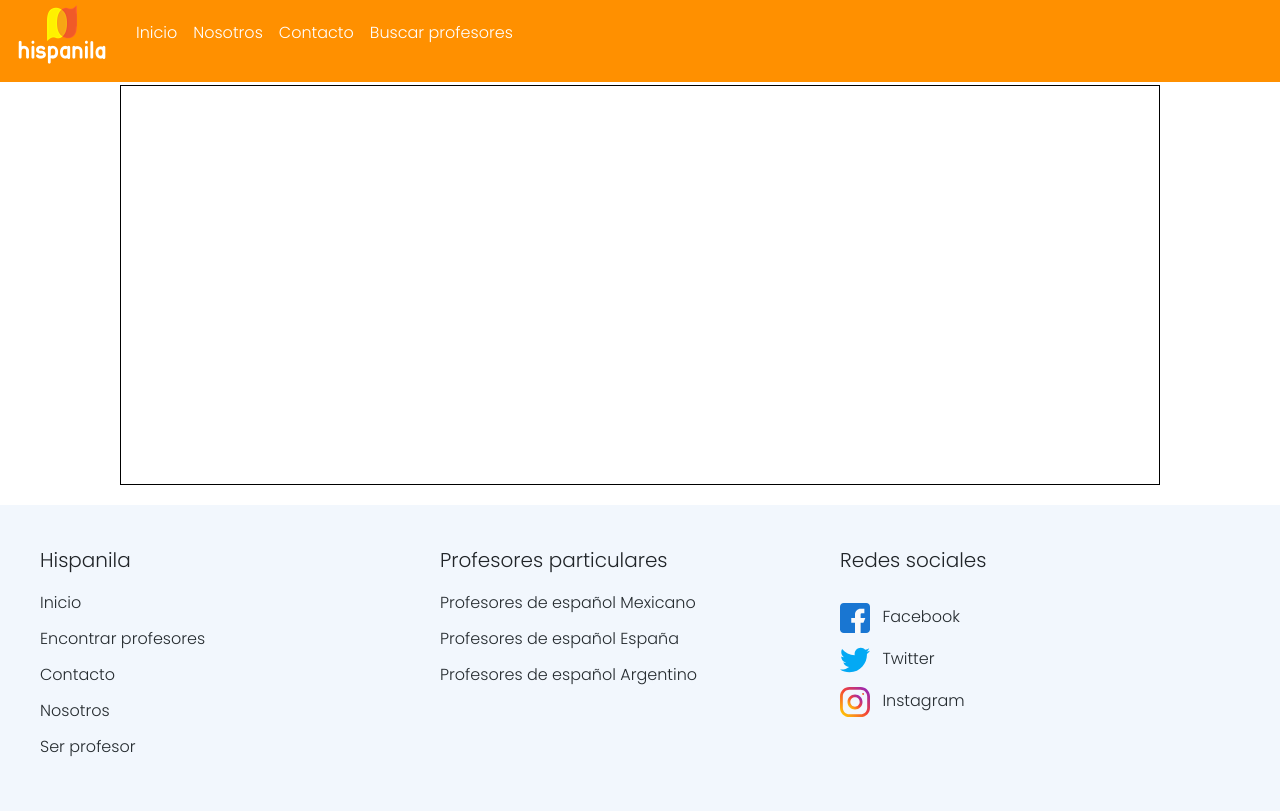
Repository: AgustinGarciaDev/Hispanila
Page: prueba.html
These files come from the project's save history. The page is drawn as it stood at one moment and after the next save; the edit follows.
The browser window is 1280 px wide. The pictures show the whole page.
Some web libraries are served in a nearby version. The style sheet was rebuilt from its Sass, Less or Tailwind sources for each picture, by a compiler version that may differ from the author's.

Above is the page before, as saved 2021-01-29 00:38:10.

### prueba.html
<!DOCTYPE html>
<html lang="en">

<head>

    <head>
        <meta charset="UTF-8">
        <title>Buscar profesor</title>
        <meta name="viewport" content="width=device-width, user-scalable=no">
        <meta name="description" content="Busca el profesor de español que más se adecue a lo que quieres aprender. Busca por precio,variante del español y mucho más">
        <meta name="keywords" content="profesor español, buscar profesor, español , aprender con profesionales">

        <link rel="stylesheet" href="https://cdnjs.cloudflare.com/ajax/libs/animate.css/4.1.1/animate.min.css" />
        <link rel="stylesheet" href="https://use.fontawesome.com/releases/v5.8.1/css/all.css" integrity="sha384-50oBUHEmvpQ+1lW4y57PTFmhCaXp0ML5d60M1M7uH2+nqUivzIebhndOJK28anvf" crossorigin="anonymous">
        <link rel="preconnect" href="https://fonts.gstatic.com">
        <link rel="preconnect" href="https://fonts.gstatic.com">
        <link href="https://fonts.googleapis.com/css2?family=Poppins:ital,wght@0,200;0,300;0,800;0,900;1,200;1,500&display=swap" rel="stylesheet">
        <link href="https://cdn.jsdelivr.net/npm/bootstrap@5.0.0-beta1/dist/css/bootstrap.min.css" rel="stylesheet" integrity="sha384-giJF6kkoqNQ00vy+HMDP7azOuL0xtbfIcaT9wjKHr8RbDVddVHyTfAAsrekwKmP1" crossorigin="anonymous">
        <link rel="stylesheet" href="./css/style.css">
        <link rel="stylesheet" href="stylemod.css">
    </head>
</head>

<body class="search-teacher">
    <header>
        <nav class="navbar navbar-expand-lg navbar-light bg-light nav-color">
            <div class="container-fluid">
                <a class="navbar-brand" href="./index.html"><img class="logo" src="./img/Hispanila_opt.png" alt=""></a>
                <button class="navbar-toggler" type="button" data-bs-toggle="collapse" data-bs-target="#navbarSupportedContent" aria-controls="navbarSupportedContent" aria-expanded="false" aria-label="Toggle navigation">
            <span class="navbar-toggler-icon"></span>
          </button>
                <div class="collapse navbar-collapse" id="navbarSupportedContent">
                    <ul class="navbar-nav me-auto mb-2 mb-lg-0">
                        <li class="nav-item">
                            <a class="nav-link active" aria-current="page" href="./index.html">Inicio</a>
                        </li>
                        <li class="nav-item">
                            <a class="nav-link" href="./we.html">Nosotros</a>
                        </li>
                        <li class="nav-item">
                            <a class="nav-link" href="./contact.html">Contacto</a>
                        </li>
                        <li class="nav-item">
                            <a class="nav-link" href="./searchteacer.html">Buscar profesores</a>
                        </li>
                    </ul>
                </div>
            </div>
        </nav>
    </header>
    <section class="teacher__layout">
        <div class="teacher__card">
            <div class="teacher__card__content">

            </div>

        </div>
    </section>

    <footer class="footer">
        <div class="list__footer">
            <p class="list__footer__p-modifier">Hispanila</p>
            <li class="list__footer__li-modifier"> <a class="list__footer__a-modifier" href="/index.html">Inicio</a></li>
            <li class="list__footer__li-modifier"> <a class="list__footer__a-modifier" href="/searchteacer.html">Encontrar profesores</a></li>
            <li class="list__footer__li-modifier"><a class="list__footer__a-modifier" href="/contacte.html">Contacto</a></li>
            <li class="list__footer__li-modifier"><a class="list__footer__a-modifier" href="/we.html">Nosotros</a></li>
            <li class="list__footer__li-modifier"><a class="list__footer__a-modifier" href="/we.html">Ser profesor</a></li>
        </div>
        <div class="list__footer">
            <p class="list__footer__p-modifier">Profesores particulares</p>
            <li class="list__footer__li-modifier"> <a class="list__footer__a-modifier" href=" https://www.facebook.com/ "> Profesores de español Mexicano</a></li>
            <li class="list__footer__li-modifier"><a class="list__footer__a-modifier" href="https://twitter.com/home "> Profesores de español España</a></li>
            <li class="list__footer__li-modifier"><a class="list__footer__a-modifier" href="https://www.instagram.com/ "> Profesores de español Argentino</a></li>
        </div>
        <div class="list__footer ">
            <p class="list__footer__p-modifier"> Redes sociales</p>
            <li class="list__footer__li-modifier"></li><img class="list__footer__img-modifier" src="./img/facebook.svg " alt=" "> <a class="list__footer__a-modifier" href="https://www.facebook.com/ ">Facebook</a></li>
            <li class="list__footer__li-modifier"></li><img class="list__footer__img-modifier" src="./img/gorjeo.svg " alt=" "> <a class="list__footer__a-modifier" href="https://twitter.com/home ">Twitter</a></li>
            <li class="list__footer__li-modifier"></li><img class="list__footer__img-modifier" src="./img/instagram.svg " alt=" "> <a class="list__footer__a-modifier" href="https://www.instagram.com/ ">Instagram</a></li>
        </div>
    </footer>
    <script src="https://cdn.jsdelivr.net/npm/bootstrap@5.0.0-beta1/dist/js/bootstrap.bundle.min.js" integrity="sha384-ygbV9kiqUc6oa4msXn9868pTtWMgiQaeYH7/t7LECLbyPA2x65Kgf80OJFdroafW" crossorigin="anonymous"></script>
</body>

</html>

### stylemod.css
/* CARD  porque estudiar Hispanila*/

.teacher-block {
    height: 400px;
    width: 100%;
    background: white;
    margin-bottom: 20px;
    margin-top: 20px;
    box-shadow: 20px 20px 51px #c4cacf, -20px -20px 51px #ffffff;
    padding: 10px;
    display: flex;
}

.teacher-date {
    display: flex;
    flex-direction: column;
    padding: 20px;
}

.teacher-date .teacher-score {
    flex-direction: row;
}

.teacher-date img {
    border-radius: 50%;
    height: 100px;
    width: 100px;
    margin: auto;
}

.teacher-date button {
    height: 30px;
    width: 120px;
    margin: auto;
}

.score-teacher {
    margin: auto;
    padding: 20px 0 20px 0;
    color: #FEC400;
}

.teacher-information {
    display: flex;
    flex-direction: column;
}

.teacher-information h1 {
    font-size: 20px;
}

.teacher-date-personal {
    display: flex;
    flex-direction: row;
    justify-content: space-between;
}

.teacher-posicion {
    display: inline;
}

.title-teacher p {
    font-size: 16px;
    font-weight: 200;
    margin: 4px;
}

.teacher-precie {
    font-size: 18px;
    font-weight: bold;
}

.teacher-posicion h4 {
    font-size: 20px;
    font-weight: 200;
}

.teacher-posicion .teacher-divider-card {
    border: solid 1px red;
    width: 15px;
    height: 3px;
    background: red;
}

.teacher-learning {
    font-weight: bold;
}

.level {
    display: inline-block;
    margin: 2px;
    height: 19px;
    width: 4px;
    background: red;
}

.level-four-lenguage {
    background: #dee3e5
}

.level-five-leanguage {
    background: #dee3e5
}

.navbar>.container-fluid {
    background-color: #FF9000 !important;
}

@media (max-width: 890px) {
    .teacher-block {
        flex-direction: column;
    }
}

@media (max-width: 520px) {}

### scss/style.scss
@import"variables";
@import "header";
@import "footer";
@import "body";
@import "home";
@import "contac";
@import "profile";
@import "seendemail";
@import "aboutUs";
@import "search";

### scss/_variables.scss
/* TIPOGRAFIAS */

$font-body: 'Poppins',
sans-serif;

/* SIZE TIPOGRAFIAS */

$nameteacher: 16px;
$titulocontacto: 20px;

/* ICONOS COLOR */

$color-start-icon: #FEC400;
$color-social:gray;

/*Color background*/

$color-box: linear-gradient(145deg, #d8e8f2, #b6c3cb);

/*Padding*/

$padding-currilum: 40px;

### scss/_header.scss
header {
    position: sticky;
    top: 0;
    z-index: 5;
}

### scss/_footer.scss
.footer {
    background-color: #F2F7FD;
    display: grid;
    grid-template-columns: repeat(3, 1fr);
    padding: 40px;
}

.list__footer__p-modifier {
    font-size: 20px;
}

.list__footer__li-modifier {
    list-style: none;
    align-items: center;
    display: flex;
    margin-bottom: 12px;
}

.list__footer__a-modifier {
    text-decoration: none;
    color: #252b2f;
}

.list-footer a:hover {
    text-decoration: underline;
}

.list__footer__img-modifier {
    width: 30px;
    height: 30px;
    margin-right: 8px;
}

@media (max-width: 768px) {
    .footer {
        display: flex;
        flex-wrap: wrap;
    }
    .list__footer {
        padding-left: 10px;
        padding-right: 10px;
        justify-content: center;
    }
}

@media (max-width: 520px) {}

### scss/_body.scss
body {
    margin: 0;
    font-family: $font-body;
}

### scss/_home.scss
.nav-color {
    background-color: #ff9000 !important;
    height: 65px;
    box-shadow: 2px 2px 4px #d97a00, -5px -5px 4px #ffa600;
}

.nav-link {
    color: white !important;
}

.hero {
    display: grid;
    grid-template-columns: 2fr 2fr;
    height: 600px;
    background-image: url(http://baravdg.com/wp-content/uploads/2021/01/hero-background.png);
    background-position: center;
    background-repeat: no-repeat;
    background-size: cover;
}

.hero .box {
    display: flex;
    flex-direction: column;
    margin: auto;
    padding-left: 30px;
}

.hero__title_h1 {
    color: white;
    font-weight: 700;
    font-size: 50px;
}

.hero__title_p {
    color: white;
    font-size: 30px;
    font-size: 400;
}

.hero__bottom {
    width: 200px;
    color: white;
    padding: 10px;
    text-align: center;
    text-decoration: none;
    font-size: 'Poppins', sans-serif;
    font-weight: 800;
    border-radius: 8px;
    background: linear-gradient(145deg, #ffd529, #d8b322);
}


/* EMPIEZA LAS CARD DE LAS BANDERAS */

.Tittle_h2 {
    text-align: center;
    padding: 30px;
    font-size: 40px;
    font-weight: 800;
}

.block-band {
    display: grid;
    grid-template-columns: repeat(3, 1fr);
    grid-column-gap: 30px;
    grid-row-gap: 30px;
    justify-items: center;
}

.link {
    color: inherit;
    text-decoration: inherit;
}

.card-band {
    border-radius: 24px;
    border-radius: 24px;
    background: #ecf1f4;
    box-shadow: 22px 22px 18px #dee3e5, -22px -22px 18px #faffff;
    width: 400px;
    height: 372px;
}

.content-band {
    display: flex;
    padding-left: 40px;
    padding-bottom: 10px;
}

.info-card {
    padding-top: 9px;
    padding-left: 10px;
}

.info-card h4 {
    margin: 0;
}

.info-card p {
    margin: 0;
    margin-left: 6;
}

.card-band .teacher-photo {
    width: 400px;
    height: 300px;
}

.card-band .band {
    height: 50px;
    width: 50px;
}

.card-prof {
    margin: 40px;
    padding: 40px;
}

.table-proyect {
    padding: 40px;
}


/* Card study*/

.margin {
    margin: 20px;
}

.card__study__resson {
    width: 300px;
    height: 572px;
}

.card__study__img {
    height: 400px;
    width: 200px;
    display: flex;
    margin: auto;
}

.card__study_text {
    text-align: center;
}

.card__study__btn {
    width: 200px;
    color: white;
    padding: 10px;
    justify-content: center;
    text-decoration: none;
    font-size: 'Poppins', sans-serif;
    font-weight: 800;
    border-radius: 8px;
    background: linear-gradient(145deg, #ffd529, #d8b322);
    display: flex;
    margin: auto;
}

@media (max-width: 890px) {
    .block-band {
        grid-template-columns: repeat(2, 1fr);
    }
    .card-band .teacher-photo {
        width: 324px;
        height: 239px;
    }
    .card-band {
        width: 324px;
        height: 325px;
    }
    .logo {
        margin-top: -20px;
    }
}

@media (max-width: 520px) {
    .hero {
        height: 360px;
    }
    .block-band {
        grid-template-columns: none;
    }
    .card__study__resson {
        width: 300px;
        height: 572px;
    }
    .nav-color {
        height: 70px;
    }
    .logo {
        margin-top: -20px;
    }
    .hero__title_h1 {
        font-size: 31px;
    }
    .hero__title_p {
        font-size: 17px;
    }
    .Tittle_h2 {
        text-align: center;
        padding: 17px;
        font-size: 32px;
        font-weight: 800;
    }
}

### scss/_contac.scss
.contact__body {
    margin-top: 50px;
    margin-bottom: 50px;
}

.row {
    margin-right: 0;
}

.email_img {
    width: 100%;
}

.icons__list {
    display: flex;
    justify-content: center;
}

.icons__list_a {
    text-decoration: none;
    color: #ff9000;
    padding-bottom: 10px;
    padding-left: 5px;
    padding-right: 5px;
    font-size: 20px;
}

.icons__list__redsocial {
    display: flex;
    flex-direction: row;
    padding-top: 10px;
    justify-content: center;
}

.icons__list_logo_Redes {
    color: #ff9000;
    font-size: 35px;
    margin: 0 10px;
}

.text-contact__h2 {
    font-size: $titulocontacto;
}

.btn_send {
    width: 200px;
    color: white;
    padding: 10px;
    display: flex;
    justify-content: center;
    margin-top: 14px;
    text-decoration: none;
    font-size: 'Poppins', sans-serif;
    font-weight: 800;
    border-radius: 8px;
    background-color: orange;
}

@media (max-width: 520px) {
    .text-contact__h1 {
        text-align: center;
    }
    .text-contact__h2 {
        font-size: $titulocontacto -7;
        text-align: center;
    }
}

### scss/_seendemail.scss
.lottie {
    justify-content: center;
    display: flex;
}

### scss/_aboutUs.scss
    .About__tittle-h1 {
        text-align: center;
        padding: 20px 0;
        font-weight: 800;
    }

    .About__img {
        display: flex;
        justify-content: center;
        align-items: center;
    }

    .About__img--modifier {
        width: 900px;
        height: 600px;
    }

    .About__history {
        text-align: center;
        margin: 10px 500px;
    }

    .About_compromise_img {
        width: 400px;
        height: 300px;
    }

    .about__container {
        margin-top: 50px;
        margin-bottom: 50px;
    }

    .Value {
        margin-top: 40px;
    }

    @media (max-width: 890px) {
        .About__img--modifier {
            width: 100%;
            height: auto;
        }
        .About__history {
            margin: 10px 20px;
        }
    }

    @media (max-width: 570px) {
        .About_compromise_img {
            height: 300px;
        }
        .About_compromise__responsive {
            flex-direction: column-reverse;
            display: flex;
        }
        .Value {
            display: flex;
            align-items: center;
            justify-content: center;
        }
        .Value__box {
            display: flex;
            flex-direction: column;
            justify-content: center;
        }
    }

### scss/_search.scss
.teacher__layout {
    display: flex;
    justify-content: center;
    margin-left: 100px;
    margin-right: 100px;
}

.teacher__card {
    display: grid;
    grid-template-columns: repeat(3, 1fr);
    grid-column-gap: 30px;
    grid-row-gap: 30px;
    justify-items: center;
    border: 1px solid black;
    height: 400px;
    width: 100%;
    margin: 20px;
}

Loaded but not shown: scss/_profile.scss (221 lines, source omitted)

After the next save:
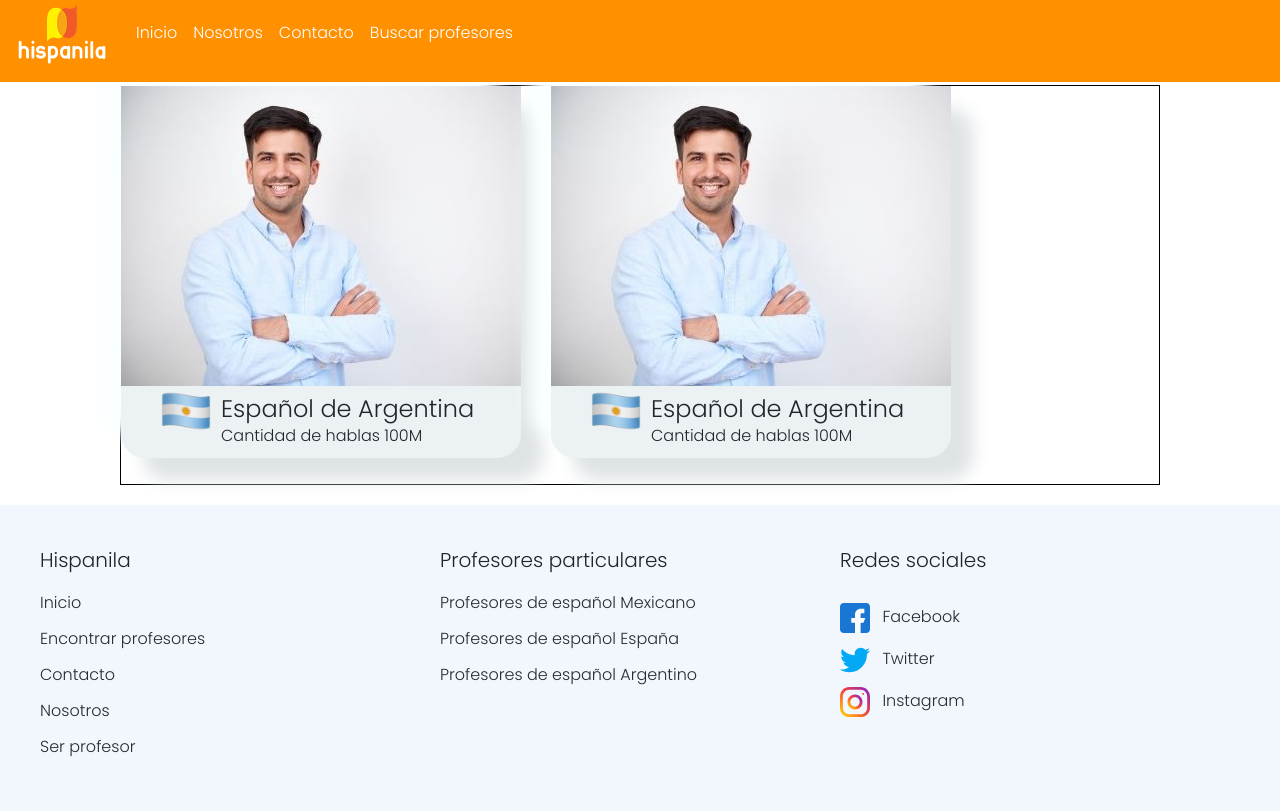
Saved 93 s later.
--- a/prueba.html
+++ b/prueba.html
@@ -51,10 +51,37 @@
     <section class="teacher__layout">
         <div class="teacher__card">
             <div class="teacher__card__content">
+                <div class="block-band">
+                    <div class="card-band ">
 
-            </div>
+                        <a href="./searchteacer.html"> <img class="teacher-photo" src="./img/teacher-arg.jpg" alt=""></a>
+                        <div class="content-band">
+                            <a href="./searchteacer.html"> <img class="band" src="./img/argentina.png" alt=""></a>
+                            <div class="info-card">
+                                <a href="./searchteacer.html" class="link">
+                                    <h4>Español de Argentina</h4>
+                                    <p>Cantidad de hablas 100M</p>
+                                </a>
+                            </div>
+                        </div>
+                    </div>
+                    <div class="block-band">
+                        <div class="card-band ">
 
-        </div>
+                            <a href="./searchteacer.html"> <img class="teacher-photo" src="./img/teacher-arg.jpg" alt=""></a>
+                            <div class="content-band">
+                                <a href="./searchteacer.html"> <img class="band" src="./img/argentina.png" alt=""></a>
+                                <div class="info-card">
+                                    <a href="./searchteacer.html" class="link">
+                                        <h4>Español de Argentina</h4>
+                                        <p>Cantidad de hablas 100M</p>
+                                    </a>
+                                </div>
+                            </div>
+                        </div>
+                    </div>
+
+                </div>
     </section>
 
     <footer class="footer">

After the save that followed:
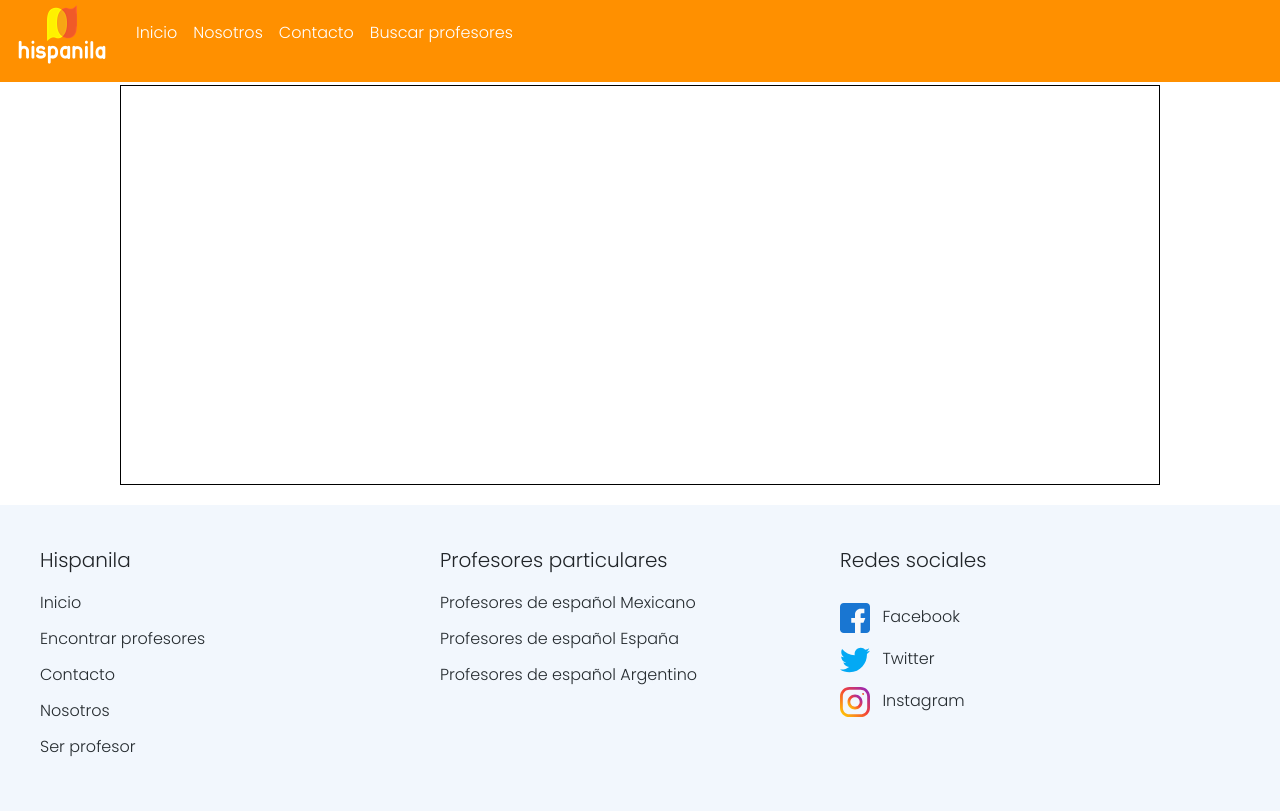
Saved 19 s later.
--- a/prueba.html
+++ b/prueba.html
@@ -51,37 +51,10 @@
     <section class="teacher__layout">
         <div class="teacher__card">
             <div class="teacher__card__content">
-                <div class="block-band">
-                    <div class="card-band ">
 
-                        <a href="./searchteacer.html"> <img class="teacher-photo" src="./img/teacher-arg.jpg" alt=""></a>
-                        <div class="content-band">
-                            <a href="./searchteacer.html"> <img class="band" src="./img/argentina.png" alt=""></a>
-                            <div class="info-card">
-                                <a href="./searchteacer.html" class="link">
-                                    <h4>Español de Argentina</h4>
-                                    <p>Cantidad de hablas 100M</p>
-                                </a>
-                            </div>
-                        </div>
-                    </div>
-                    <div class="block-band">
-                        <div class="card-band ">
+            </div>
 
-                            <a href="./searchteacer.html"> <img class="teacher-photo" src="./img/teacher-arg.jpg" alt=""></a>
-                            <div class="content-band">
-                                <a href="./searchteacer.html"> <img class="band" src="./img/argentina.png" alt=""></a>
-                                <div class="info-card">
-                                    <a href="./searchteacer.html" class="link">
-                                        <h4>Español de Argentina</h4>
-                                        <p>Cantidad de hablas 100M</p>
-                                    </a>
-                                </div>
-                            </div>
-                        </div>
-                    </div>
-
-                </div>
+        </div>
     </section>
 
     <footer class="footer">
